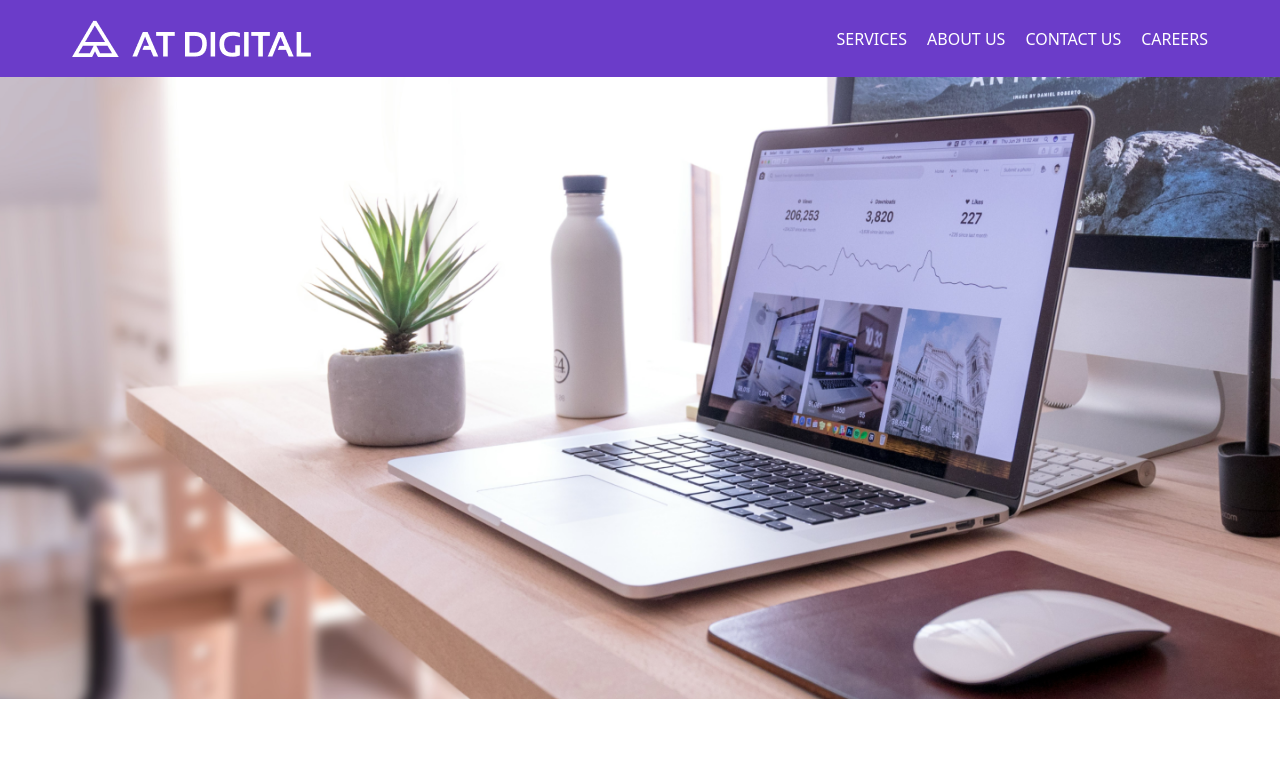
Repository: Milith97/AT-Digital-Website
Page: /
The author's editor kept a copy of each file at every save. The page is drawn from the files as they stood at one save, then again after the next save.
The browser window is 1280 px wide. The pictures show the whole page.
The project was rebuilt for these pictures with package versions that can differ from the ones it lists, and the page was loaded fresh each time. Also part of the build but not shown: vite.config.js.

Above is the page before, as saved 2024-04-06 19:22:27.

After the next save:
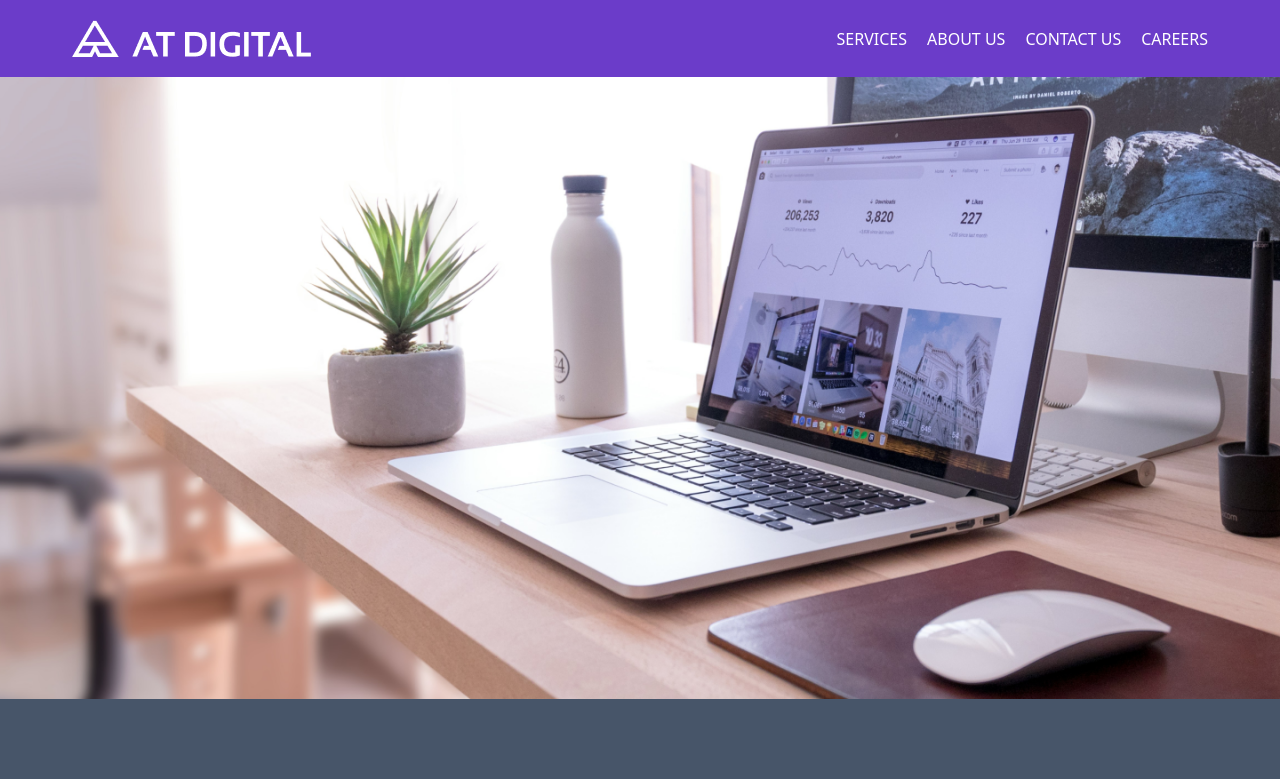
Saved 9 s later.
--- a/src/Components/HomePage.jsx
+++ b/src/Components/HomePage.jsx
@@ -5,7 +5,7 @@ const HomePage = () => {
     return (
         <div>
             <img src={backgroundImage} alt="Home Image" />
-            <div className='h-20 max-w-fit bg-slate-600 '>
+            <div className='h-20 max-w-full bg-slate-600 '>
 
             </div>
         </div>
